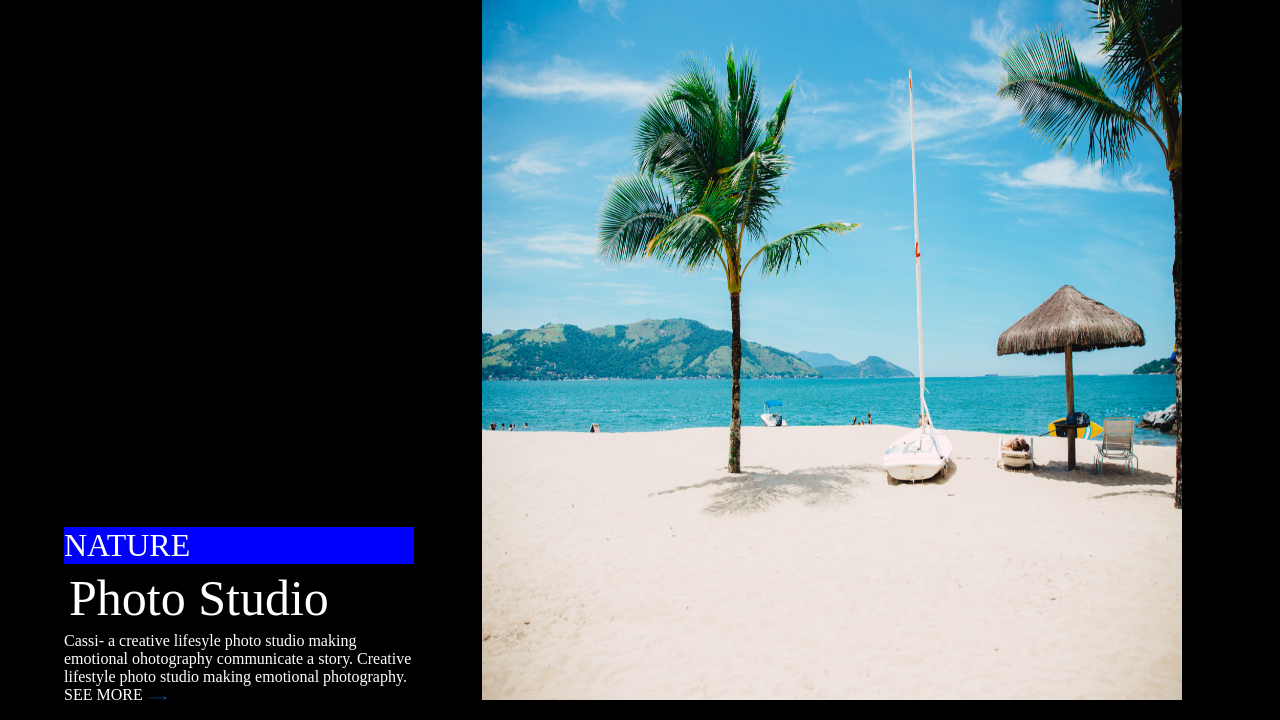
Repository: BRAspeaks/petty-project1
Page: petty project 1.html
These files come from the project's save history. The page is drawn as it stood at one moment and after the next save; the edit follows.
The browser window is 1280 px wide. The pictures show the whole page.

Above is the page before, as saved 2022-07-25 15:13:10.

After the next save:
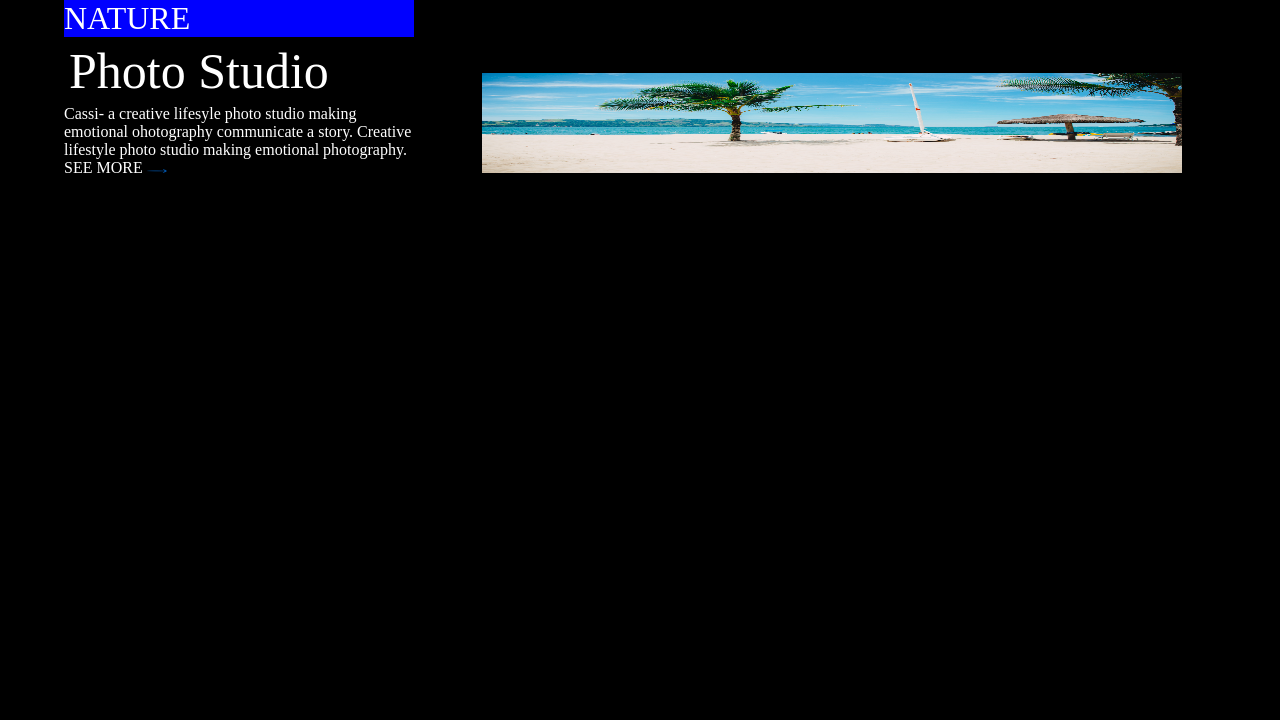
Saved 6 s later.
--- a/pettyproject1.css
+++ b/pettyproject1.css
@@ -38,6 +38,6 @@ body{
 }
 .beach{
     width: 700px;
-    height: 700px;
+    height: 100px;
     /* margin-bottom: -500px; */
 }
